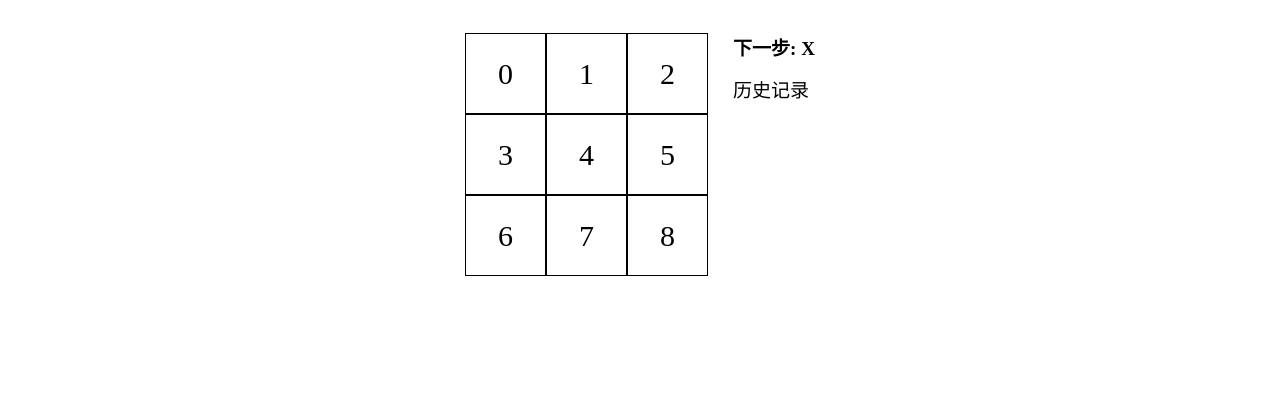
Repository: MiDouShiTongTong/react-tic-tac-toe
Page: /
These files come from the project's save history. The page is drawn as it stood at one moment and after a run of saves; the edit follows.
The browser window is 1280 px wide. The pictures show the whole page.
The project was rebuilt for these pictures with package versions that can differ from the ones it lists, and the page was loaded fresh each time.

Above is the page before, as saved 2019-04-01 20:53:17.

After the next 4 saves:
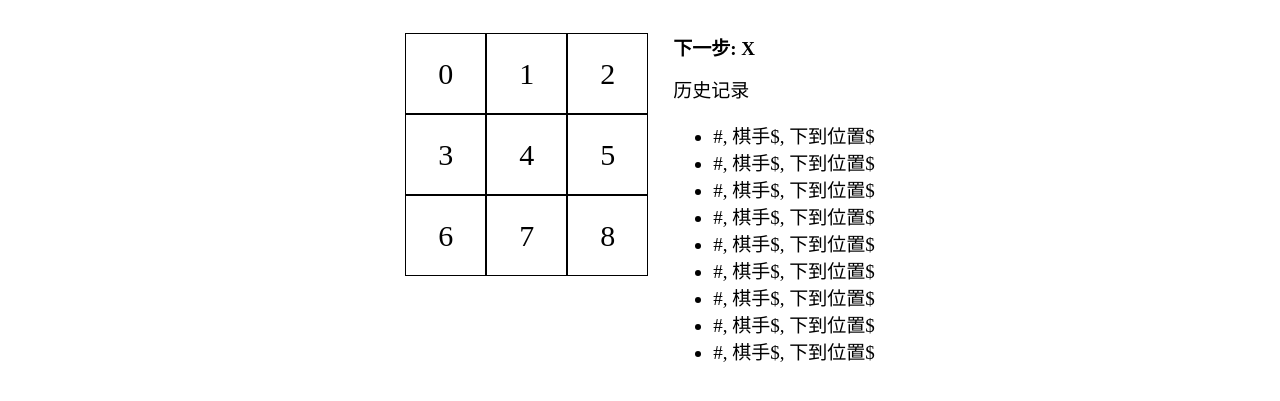
The 4 saves are shown as one change because 2 did not build or start and some came seconds apart.
The last was saved 78 s later.
--- a/src/App.tsx
+++ b/src/App.tsx
@@ -1,6 +1,6 @@
 import React from 'react';
 import SquareList from './components/square-list';
-import History from './components/history';
+import HistoryList from './components/history-list';
 import PlayerInfo from './components/player-info';
 import './App.scss';
 
@@ -9,7 +9,7 @@
 interface State {
   squareList: any[];
   stepCount: number;
-  history: any[];
+  historyList: any[];
 }
 
 export default class App extends React.Component<Props, State> {
@@ -18,7 +18,7 @@
     this.state = {
       squareList: new Array(9).fill(null),
       stepCount: 0,
-      history: new Array(9).fill({})
+      historyList: new Array(9).fill({})
     };
   }
 
@@ -30,15 +30,15 @@
   public handlerSquareClick = (pos: any, info: object) => {
     const { state } = this;
     if (info === null) {
-      const newHistory = state.history;
+      const newHistoryList = state.historyList;
       // 保存当前历史记录
-      newHistory[pos] = {
+      newHistoryList[pos] = {
         pos,
         stepCount: state.stepCount,
         player: this.getCurrentPlayer()
       };
       this.setState(prevState => ({
-        history: newHistory,
+        historyList: newHistoryList,
         stepCount: prevState.stepCount + 1
       }));
       console.log(this.state);
@@ -57,7 +57,7 @@
         </div>
         <div className="right-container">
           <PlayerInfo currentPlayer={this.getCurrentPlayer()} />
-          <History history={state.history} />
+          <HistoryList historyList={state.historyList} />
         </div>
       </div>
     );

After the save that followed:
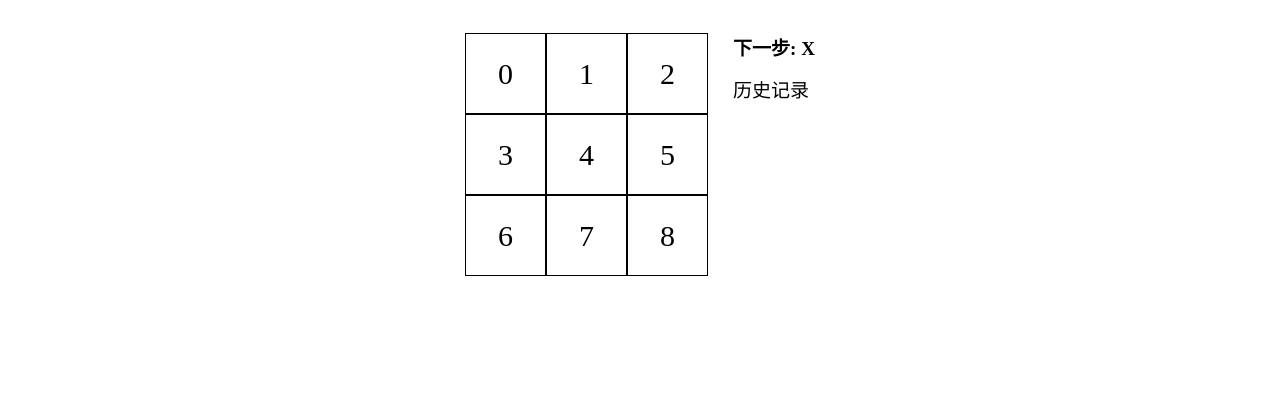
Saved 66 s later.
--- a/src/App.tsx
+++ b/src/App.tsx
@@ -16,9 +16,9 @@
   public constructor(props: any) {
     super(props);
     this.state = {
+      stepCount: 0,
       squareList: new Array(9).fill(null),
-      stepCount: 0,
-      historyList: new Array(9).fill({})
+      historyList: []
     };
   }
 
@@ -32,13 +32,15 @@
     if (info === null) {
       const newHistoryList = state.historyList;
       // 保存当前历史记录
-      newHistoryList[pos] = {
-        pos,
-        stepCount: state.stepCount,
-        player: this.getCurrentPlayer()
-      };
       this.setState(prevState => ({
-        historyList: newHistoryList,
+        historyList: [
+          ...prevState.historyList,
+          {
+            stepCount: state.stepCount,
+            player: this.getCurrentPlayer(),
+            pos
+          }
+        ],
         stepCount: prevState.stepCount + 1
       }));
       console.log(this.state);
